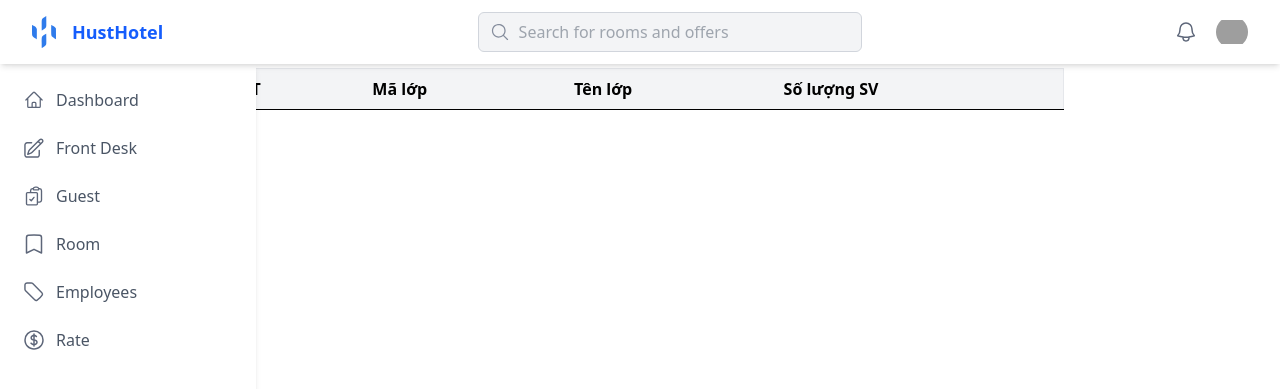
Repository: nguynd/GR1Attendance
Page: / (app in fe/)
An editor plug-in stored every save of this project. The page is shown before and after the next save, followed by the edit.
The browser window is 1280 px wide. The pictures show the whole page.
Pictures or frames that could not be fetched are drawn as grey boxes. The page's requests for data from a server got no answer. The project was rebuilt for these pictures with package versions that can differ from the ones it lists, and the page was loaded fresh each time. No one was signed in, and anything a server would have sent is missing. Also part of the build but not shown: fe/vite.config.js.

Above is the page before, as saved 2025-05-24 18:58:07.

After the next save:
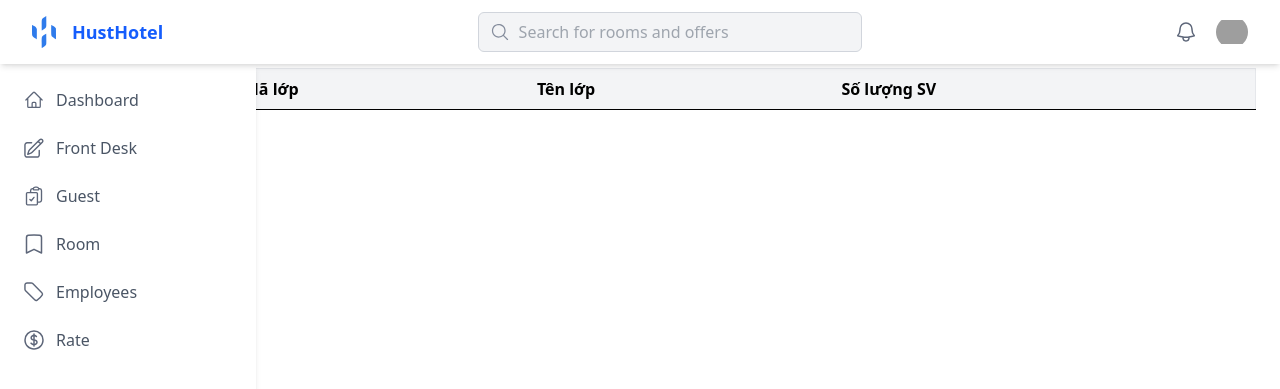
Saved 48 s later.
--- a/fe/src/components/ClassList.jsx
+++ b/fe/src/components/ClassList.jsx
@@ -17,30 +17,30 @@ export default function ClassList() {
   }, []);
 
   return (
-    <div className="p-6 max-w-4xl mx-auto">
-      <h2 className="text-xl font-bold mb-4">Danh sách lớp học</h2>
-      <div className="overflow-x-auto">
-        <table className="min-w-full bg-white border border-gray-200 rounded shadow-sm">
-          <thead>
-            <tr className="bg-gray-100 text-left">
-              <th className="px-4 py-2 border-b">STT</th>
-              <th className="px-4 py-2 border-b">Mã lớp</th>
-              <th className="px-4 py-2 border-b">Tên lớp</th>
-              <th className="px-4 py-2 border-b">Số lượng SV</th>
+  <div className="p-6 w-full">
+    <h2 className="text-xl font-bold mb-4">Danh sách lớp học</h2>
+    <div className="overflow-x-auto">
+      <table className="w-full bg-white border border-gray-200 rounded shadow-sm">
+        <thead>
+          <tr className="bg-gray-100 text-left">
+            <th className="px-4 py-2 border-b">STT</th>
+            <th className="px-4 py-2 border-b">Mã lớp</th>
+            <th className="px-4 py-2 border-b">Tên lớp</th>
+            <th className="px-4 py-2 border-b">Số lượng SV</th>
+          </tr>
+        </thead>
+        <tbody>
+          {classes.map((cls, index) => (
+            <tr key={cls.id} className="hover:bg-gray-50">
+              <td className="px-4 py-2 border-b">{index + 1}</td>
+              <td className="px-4 py-2 border-b">{cls.class_code}</td>
+              <td className="px-4 py-2 border-b">{cls.class_name}</td>
+              <td className="px-4 py-2 border-b text-center">{cls.student_count}</td>
             </tr>
-          </thead>
-          <tbody>
-            {classes.map((cls, index) => (
-              <tr key={cls.id} className="hover:bg-gray-50">
-                <td className="px-4 py-2 border-b">{index + 1}</td>
-                <td className="px-4 py-2 border-b">{cls.class_code}</td>
-                <td className="px-4 py-2 border-b">{cls.class_name}</td>
-                <td className="px-4 py-2 border-b text-center">{cls.student_count}</td>
-              </tr>
-            ))}
-          </tbody>
-        </table>
-      </div>
+          ))}
+        </tbody>
+      </table>
     </div>
-  );
+  </div>
+);
 }
